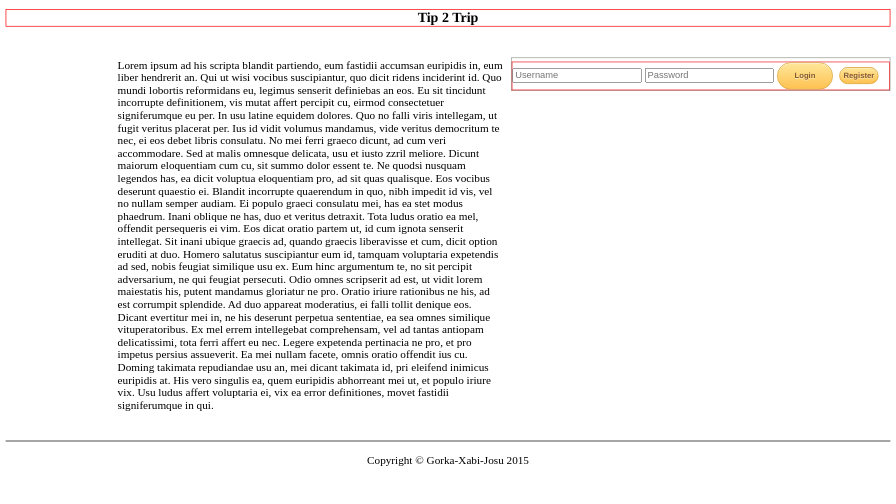
Repository: Deathdance/proyectoviajes
Page: routes/info.html
The author's editor kept a record of every edit. The page is drawn from the files as they stood at one moment, then again after the next edit.
The browser window is 1280 px wide. The pictures show the part of the page from y = 0 to 1920 px (the page is 720 px tall before and 3393 px after), at 70% of full size.

Above is the page before.

### routes/info.html
<!doctype html>
<html lang="es">
	<head>
		<meta charset="utf-8" />
		<title>Diario de viajes</title>
			<link href="../css/main.css" rel="stylesheet" type="text/css">
	</head>
<body>
	<header id="top_header">
			<h1>Tip 2 Trip</h1>
			<!-- <img id="imgcabecera" src="../images/hanged-bridge-in-the-jungle-wide.jpg" /> -->
			<section class="menu">
					<div class="submenu">
						<span>
		                	<input type="text" placeholder="Username" required="" id="username" name="username"/>
		            	</span>
		            	<span>
		            		<input type="password" placeholder="Password" required="" id="password" name="password"/>
		            	</span>
						<span>
							<input id="log" type="submit" class="btn" value="Login" />
						</span>
						<span><a class="btn"  href="registro.html" target="_self">Register</a></span>
					</div>
					<!-- <div class="submenu2">
							<span><a href="info.html" target="_self">Home</a></span>
							<span><a href="perfil.html" target="_self">Perfil</a></span>
							<span><a href="info.html" target="_self">Nuevo diario</a></span>
							<span><a href="info.html" target="_self">Mis diarios</a></span>
							<span><a href="fotosvideos.html" target="_self">Fotos y videos</a></span>
					</div> -->
			</section>
	</header>

			<section id="main_section">
				<div id="cuerpo">
					<p>Lorem ipsum ad his scripta blandit partiendo, eum fastidii accumsan euripidis in, eum liber hendrerit an. Qui ut wisi vocibus suscipiantur, quo dicit ridens inciderint id. Quo mundi lobortis reformidans eu, legimus senserit definiebas an eos. Eu sit tincidunt incorrupte definitionem, vis mutat affert percipit cu, eirmod consectetuer signiferumque eu per. In usu latine equidem dolores. Quo no falli viris intellegam, ut fugit veritus placerat per.

					Ius id vidit volumus mandamus, vide veritus democritum te nec, ei eos debet libris consulatu. No mei ferri graeco dicunt, ad cum veri accommodare. Sed at malis omnesque delicata, usu et iusto zzril meliore. Dicunt maiorum eloquentiam cum cu, sit summo dolor essent te. Ne quodsi nusquam legendos has, ea dicit voluptua eloquentiam pro, ad sit quas qualisque. Eos vocibus deserunt quaestio ei.

					Blandit incorrupte quaerendum in quo, nibh impedit id vis, vel no nullam semper audiam. Ei populo graeci consulatu mei, has ea stet modus phaedrum. Inani oblique ne has, duo et veritus detraxit. Tota ludus oratio ea mel, offendit persequeris ei vim. Eos dicat oratio partem ut, id cum ignota senserit intellegat. Sit inani ubique graecis ad, quando graecis liberavisse et cum, dicit option eruditi at duo. Homero salutatus suscipiantur eum id, tamquam voluptaria expetendis ad sed, nobis feugiat similique usu ex.

					Eum hinc argumentum te, no sit percipit adversarium, ne qui feugiat persecuti. Odio omnes scripserit ad est, ut vidit lorem maiestatis his, putent mandamus gloriatur ne pro. Oratio iriure rationibus ne his, ad est corrumpit splendide. Ad duo appareat moderatius, ei falli tollit denique eos. Dicant evertitur mei in, ne his deserunt perpetua sententiae, ea sea omnes similique vituperatoribus. Ex mel errem intellegebat comprehensam, vel ad tantas antiopam delicatissimi, tota ferri affert eu nec. Legere expetenda pertinacia ne pro, et pro impetus persius assueverit.

					Ea mei nullam facete, omnis oratio offendit ius cu. Doming takimata repudiandae usu an, mei dicant takimata id, pri eleifend inimicus euripidis at. His vero singulis ea, quem euripidis abhorreant mei ut, et populo iriure vix. Usu ludus affert voluptaria ei, vix ea error definitiones, movet fastidii signiferumque in qui.
					</p>




				</div>




			</section>

			<footer id="the_footer">
			<br>
			Copyright © Gorka-Xabi-Josu 2015
			</footer>
</body>
</html>

### css/main.css
h1{
	font: bold 20px Times;
	color: black;
	text-align: center;
	border:1px solid red;
}

#top_header{
	-webkit-box-flex:1;
	text-align: left;
	image-attachment: fixed;
}
#top_header a{
	margin-left: 5px;
	padding: 5px;
}
#top_header div{
		margin-top: 5px;
}
#imgcabecera{
	width:100%;
	height:200px;
	margin:0px;
	padding:0px;
	position: relative;
	top:0px;
 	left:0px;
}
.menu{
	border: 1px solid #999994;
	list-style:none;
	padding: 0px;
	margin-top: 30px;
	display:block;
	float:right;
}
.menu li{
	margin-bottom: 15px;
}
.menu a{
	margin-right: 15px;
	text-decoration: none;
	padding: 10px;
}
.logires{
	margin-top: 10px;
}
.submenu{
	text-align: center;
	border: 1px solid #ed1c24;
}
#log{
	width: 80px;
	height: 39px;
}
.submenu2{
	clear:both;
	list-style:none;
	border: 1px solid #ed1c24;
}
.mem{
	clear:both;
	display: box;
  box-orient: horizontal;
}

#cuerpo{
	margin-left: 160px;
	margin-right: 10px;
}

#main_section{
	margin-top: 30px;
	margin-left: -120px;
	display: -webkit-box;
	-webkit-box-orient: horizotal;
	-webkit-box-pack: left;
	-webkit-box-align: left;
}
#the_footer{
	clear: both;
	text-align: center;
	border-top: 2px solid grey;
	margin-top: 25px;
}

#cuerpo{
	display: left;
}
.formderecha{
	position: absolute;
	right: 430px;
	top: 225px;
}
.foto{
	position: absolute;
	right: 180px;
	top: 425px;
}
#imagenprofile{
	width: 60px;
	height: 100px;
	position: absolute;
	right: 35px;
	top: -120px;
}
.btn {
  background: rgb(254,231,154);
  background: -moz-linear-gradient(top,  rgba(254,231,154,1) 0%, rgba(254,193,81,1) 100%);
  background: -webkit-linear-gradient(top,  rgba(254,231,154,1) 0%,rgba(254,193,81,1) 100%);
  background: -o-linear-gradient(top,  rgba(254,231,154,1) 0%,rgba(254,193,81,1) 100%);
  background: -ms-linear-gradient(top,  rgba(254,231,154,1) 0%,rgba(254,193,81,1) 100%);
  background: linear-gradient(top,  rgba(254,231,154,1) 0%,rgba(254,193,81,1) 100%);
  filter: progid:DXImageTransform.Microsoft.gradient( startColorstr='#fee79a', endColorstr='#fec151',GradientType=0 );
  -webkit-border-radius: 30px;
  -moz-border-radius: 30px;
  -ms-border-radius: 30px;
  -o-border-radius: 30px;
  border-radius: 30px;
  -webkit-box-shadow: 0 1px 0 rgba(255,255,255,0.8) inset;
  -moz-box-shadow: 0 1px 0 rgba(255,255,255,0.8) inset;
  -ms-box-shadow: 0 1px 0 rgba(255,255,255,0.8) inset;
  -o-box-shadow: 0 1px 0 rgba(255,255,255,0.8) inset;
  box-shadow: 0 1px 0 rgba(255,255,255,0.8) inset;
  border: 1px solid #D69E31;
  color: #85592e;
  cursor: pointer;
  font: bold 11px Helvetica, Arial, sans-serif;
  position: relative;
  text-shadow: 0 1px 0 rgba(255,255,255,0.5);
}
.btn:hover {
	background: rgb(254,193,81);
  background: -moz-linear-gradient(top,  rgba(254,193,81,1) 0%, rgba(254,231,154,1) 100%);
  background: -webkit-linear-gradient(top,  rgba(254,193,81,1) 0%,rgba(254,231,154,1) 100%);
  background: -o-linear-gradient(top,  rgba(254,193,81,1) 0%,rgba(254,231,154,1) 100%);
  background: -ms-linear-gradient(top,  rgba(254,193,81,1) 0%,rgba(254,231,154,1) 100%);
  background: linear-gradient(top,  rgba(254,193,81,1) 0%,rgba(254,231,154,1) 100%);
  filter: progid:DXImageTransform.Microsoft.gradient( startColorstr='#fec151', endColorstr='#fee79a',GradientType=0 );
}
.btn2 {
  background:  rgb(200,152,50);
  background: -moz-linear-gradient(top,  rgba(200,152,50,1) 0%, rgba(200,130,154,1) 100%);
  background: -webkit-linear-gradient(top,  rgba(200,152,50,1) 0%, rgba(200,130,154,1) 100%);
  background: -o-linear-gradient(top,  rgba(200,152,50,1) 0%, rgba(200,130,154,1) 100%);
  background: -ms-linear-gradient(top,  rgba(200,152,50,1) 0%, rgba(200,130,154,1) 100%);
  background: linear-gradient(top,  rgba(200,152,50,1) 0%, rgba(200,130,154,1) 100%);
  filter: progid:DXImageTransform.Microsoft.gradient( startColorstr='#fee79a', endColorstr='#fec151',GradientType=0 );
  -webkit-border-radius: 30px;
  -moz-border-radius: 30px;
  -ms-border-radius: 30px;
  -o-border-radius: 30px;
  border-radius: 30px;
  -webkit-box-shadow: 0 1px 0 rgba(255,255,255,0.8) inset;
  -moz-box-shadow: 0 1px 0 rgba(255,255,255,0.8) inset;
  -ms-box-shadow: 0 1px 0 rgba(255,255,255,0.8) inset;
  -o-box-shadow: 0 1px 0 rgba(255,255,255,0.8) inset;
  box-shadow: 0 1px 0 rgba(255,255,255,0.8) inset;
  border: 1px solid #D69E31;
  color: #85592e;
  cursor: pointer;
  font: bold 15px Helvetica, Arial, sans-serif;
  height: 35px;
  position: relative;
  text-shadow: 0 1px 0 rgba(255,255,255,0.5);
  width: 120px;
}
.btn2:hover {
	background: rgb(200,150,81);
  background: -moz-linear-gradient(top,  rgba(200,130,154,1) 0%, rgba(200,150,81,1) 100%);
  background: -webkit-linear-gradient(top,  rgba(200,130,154,1) 0%, rgba(200,150,81,1) 100%);
  background: -o-linear-gradient(top,  rgba(200,130,81,1) 0%, rgba(200,130,154,1) 100%);
  background: -ms-linear-gradient(top,  rgba(200,130,154,1) 0%, rgba(200,150,81,1) 100%);
  background: linear-gradient(top,  rgba(200,130,154,1) 0%, rgba(200,150,81,1) 100%);
  filter: progid:DXImageTransform.Microsoft.gradient( startColorstr='#fec151', endColorstr='#fee79a',GradientType=0 );
}
@media screen and (max-width: 1150px){
	#imagenprofile{
		position: absolute;
		right: 20px;
		top:-120px;
	}
	.formderecha{
		position: relative;
		top:0px;
		right: 0px;
	}

After the next edit:
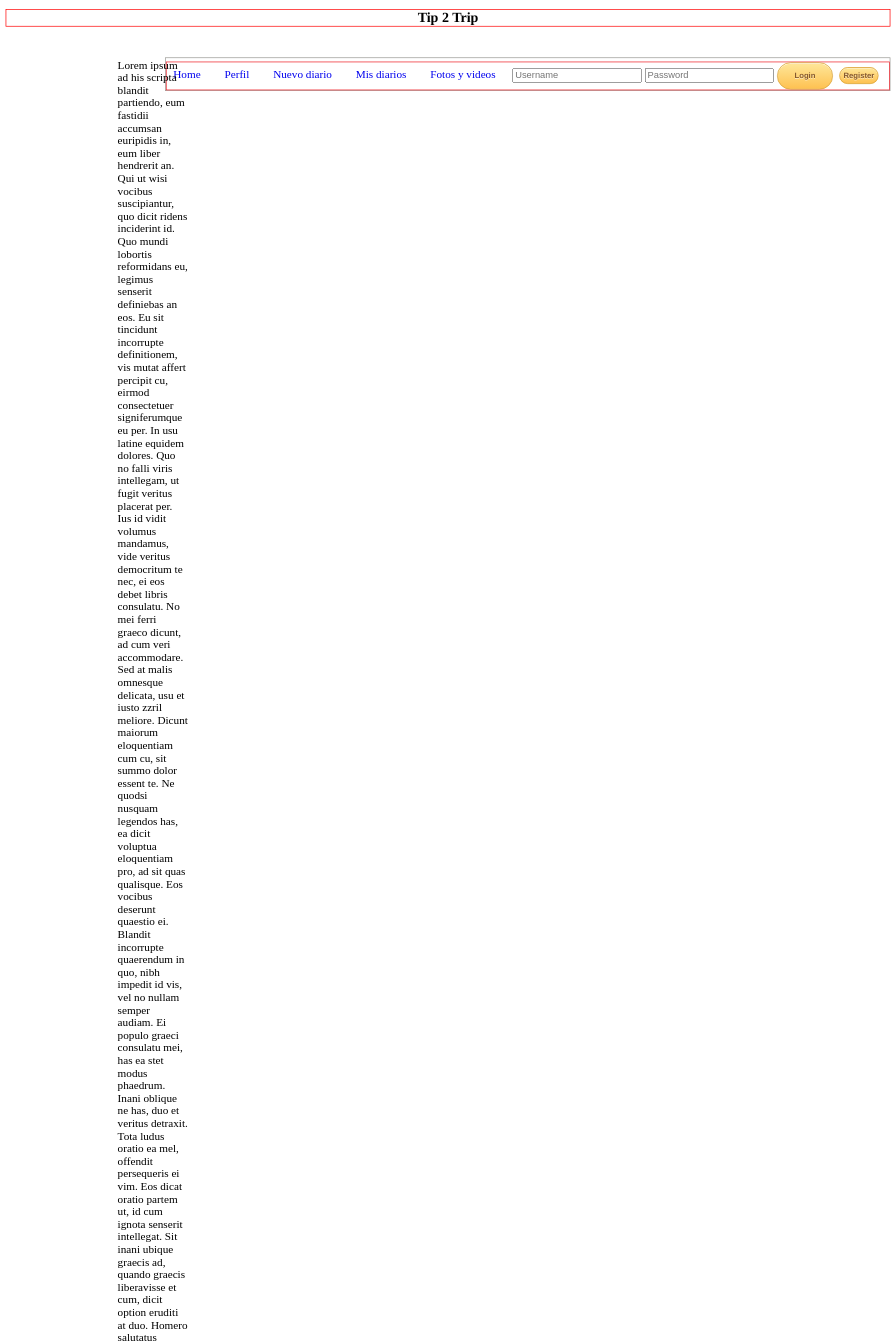
The edit:
--- a/routes/info.html
+++ b/routes/info.html
@@ -11,6 +11,11 @@
 			<!-- <img id="imgcabecera" src="../images/hanged-bridge-in-the-jungle-wide.jpg" /> -->
 			<section class="menu">
 					<div class="submenu">
+						<span><a href="info.html" target="_self">Home</a></span>
+						<span><a href="perfil.html" target="_self">Perfil</a></span>
+						<span><a href="info.html" target="_self">Nuevo diario</a></span>
+						<span><a href="info.html" target="_self">Mis diarios</a></span>
+						<span><a href="fotosvideos.html" target="_self">Fotos y videos</a></span>
 						<span>
 		                	<input type="text" placeholder="Username" required="" id="username" name="username"/>
 		            	</span>
